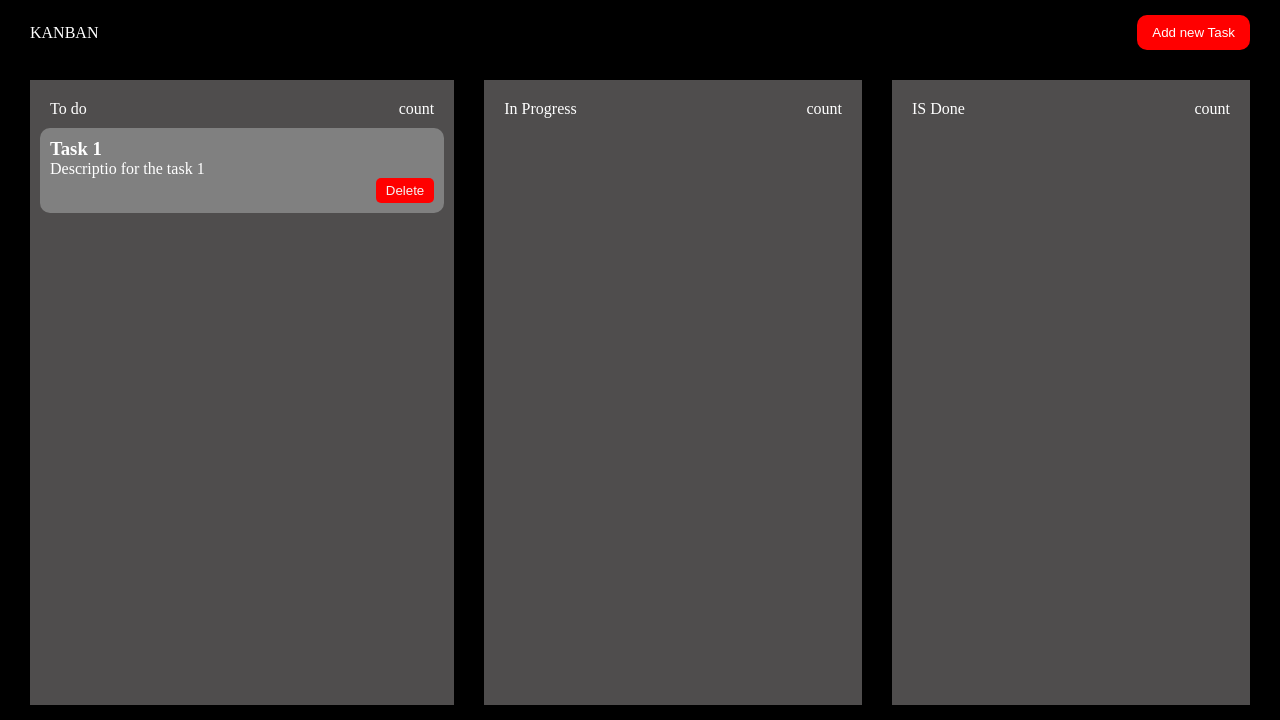
Repository: Sandeepji-5/Kanban-board
Page: index.html
An editor plug-in stored every save of this project. The page is shown before and after the next save, followed by the edit.
The browser window is 1280 px wide. The pictures show the whole page.

Above is the page before, as saved 2025-12-08 18:50:48.

### index.html
<!DOCTYPE html>
<html lang="en">
<head>
    <meta charset="UTF-8">
    <meta name="viewport" content="width=device-width, initial-scale=1.0">
    <title>Document</title>
    <link rel="stylesheet" href="style.css">
</head>
<body>
    <main>
        <nav>
            <div class="left">KANBAN</div>
            <div class="right"><button>Add new Task</button></div>
        </nav>
        <section class="board">
            <div class="task-column">
                <div class="heading">
                    <div class="left">To do </div>
                    <div class="right">count</div>
                </div>
                <div class="task">
                    <h3>Task 1</h3>
                    <p>Descriptio for the task 1 </p>
                    <button>Delete</button>
                </div>
            </div>
            <div class="task-column">
                <div class="heading">
                    <div class="left">In Progress</div>
                    <div class="right">count</div>
                </div>
            </div>
            <div class="task-column">
                <div class="heading">
                    <div class="left">IS Done </div>
                    <div class="right"> count</div>
                </div>
            </div>
        </section>


    </main>
    <script src="kanban.js"></script>
</body>
</html>

### style.css
* {
    margin: 0;
    padding: 0;

    box-sizing: border-box;
}

html,
body {
    width: 100%;
    height: 100%;

}

:root {
    --bg-color: #0000000;
    --bg-button-color: rgb(79, 77, 77);
    --primary-text-color: #f4f4f4;
    --bg-task-color:gray;
    --bg-delete-color:red;



    /* padding 1 rem 2 rem */
    --nav-padding: 15px 30px;
    --section-padding: 15px 30px;
    --padding-s: 5px;
    --padding-m: 10px;
    --padding-l: 15px;
    --padding-xl: 20px;
    --padding-xxl: 30px;


    /* border radius variable  */



    --border-radius-s:5px;
    --border-radius-m:10px;
    --border-radius-l:15px;
    --border-radius-xl:20px;
    --border-radius-xxl:30px;


}

body {
    background-color: black;
    color: white;
}
main{
    display: flex;
    height: 100%;
    width: 100%;
    flex-direction: column;


}

nav{
    padding: var(--nav-padding);
    display: flex;
    align-items: center;
    justify-content: space-between;

}
nav button{
    background-color: red;
    color: white;
    border: none;
    outline: none;
    padding: var(  --padding-m) var(  --padding-l);
    cursor: pointer;
    border-radius:var(--border-radius-m) ;

}


section{
    padding:var(--section-padding);
    /* height: 100%; */
    display: flex;
    flex-grow: 1;
    justify-content: space-between;

    gap: var(--padding-xxl);

}
section .task-column{
    padding: var(--padding-m);
    background-color: var(--bg-button-color);
    flex-grow: 1  ;
    padding: var(--padding-m)  ;
    display: flex;
    flex-direction: column;


}
section .task-column .heading{
    display: flex;
    justify-content: space-between ;
    padding: var(--padding-m);
}


section .task-column  .task{

    display: flex;
    flex-direction: column;
    padding: var(--padding-m);
    border-radius: var(--border-radius-m);
    background-color: var(--bg-task-color);

}

section .task-column .task button{
    align-self: flex-end;
    cursor: pointer;
    padding: var(--padding-s) var(--padding-m);
    border-radius: var(--border-radius-s);
    border: none;
    outline: none;
    background-color: var(--bg-delete-color);
    color: var(--primary-text-color)  ;
}

Loaded but not shown: kanban.js (no copy from this time; the picture is the same without it)

After the next save:
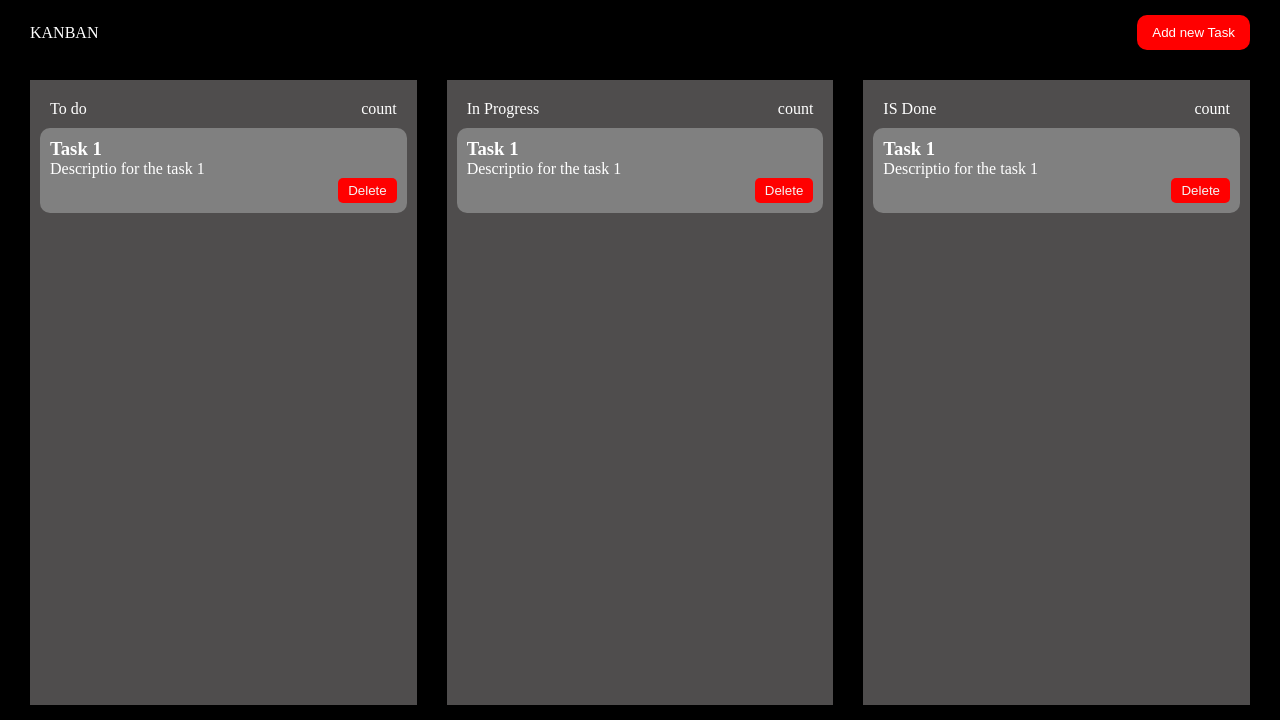
Saved 15 h 51 min later.
--- a/index.html
+++ b/index.html
@@ -29,11 +29,21 @@
                     <div class="left">In Progress</div>
                     <div class="right">count</div>
                 </div>
+                   <div class="task">
+                    <h3>Task 1</h3>
+                    <p>Descriptio for the task 1 </p>
+                    <button>Delete</button>
+                </div>
             </div>
             <div class="task-column">
                 <div class="heading">
                     <div class="left">IS Done </div>
                     <div class="right"> count</div>
+                </div>
+                   <div class="task">
+                    <h3>Task 1</h3>
+                    <p>Descriptio for the task 1 </p>
+                    <button>Delete</button>
                 </div>
             </div>
         </section>
